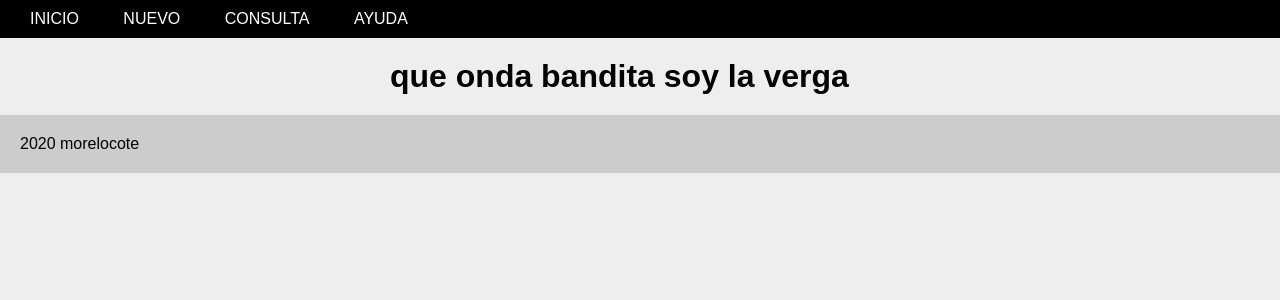
Repository: edgarhdzp/crud-php-poo-mvc-ajax
Page: http://localhost/poomvc/main
An editor plug-in stored every save of this project. The page is shown before and after the next save, followed by the edit.
The browser window is 1280 px wide. The pictures show the whole page.
The page is run by PHP 8.4 with error messages shown; the project is at /var/www/html/.

Above is the page before, as saved 2020-06-23 13:27:26.

### index.php
<?php

require_once 'libs/controller.php';
require_once 'libs/model.php';
require_once 'libs/view.php';
require_once 'libs/app.php';
require_once 'libs/database.php';
require_once 'config/config.php';

$new = new App();

?>

### libs/controller.php
<?php
//clase padre
class Controller{
    function __construct(){
        //indicamos que se cree una nueva vista para un controlador
        $this->view = new View();

    }

    function loadModel($model){
        $url = 'models/'.$model.'model.php';

        if(file_exists($url)){
            require $url;

            $modelName =$model.'Model';
            $this->model = new $modelName();
        }
    }
}

?>

### libs/model.php
<?php

class Model{
    function __construct(){
        $this->db = new Database();

    }
}

?>

### libs/view.php
<?php
//vista madre
class View{
    function __construct(){
    }
    //esta funcion hace el redireccionamiento
    function render($nombre){
        //indicamos la ubicacion y nombre del archivo
        require 'views/' . $nombre . '.php';
    }
}

?>

### libs/app.php
<?php

//archivo de error
require_once 'controllers/error.php';

class App{
    function __construct(){
        //la varible urlsera igual a la url que declaramos en htaccess y en acces es todo el valor que ingrese
        $url = $_GET['url'];
        //aqui con xtrim retiramos los / que no necesitamos en la url
        $url = rtrim($url, '/');
        //buscamos nuestro separador / esto nos devuelve un arreglo
        $url = explode('/', $url);
        //validamos si despues denuestro primer / no hay nada entonces que nos redireccione a main
        if(empty($url[0])){
            $archivoController = 'controllers/main.php';
            require_once $archivoController;
            $controller = new Main();
            $controller->loadModel('main');

            return false;
        }
        //declaramos nuestra variable que sera igual a la ubicacion de controlador y url es igual a la clase
        $archivoController = 'controllers/' . $url[0] . '.php';
        //verificmos que el archivo exista
        if(file_exists($archivoController)){
            require_once $archivoController;
            //mandamos llamar nuestra clase que de acuerdo al arreglo sera la posicion 0
            $controller = new $url[0];
            $controller->loadModel($url[0]);
            //ahora validamos si nuestra clase viene con algun metodo
            if(isset($url[1])){
                //aqui mandamos llamar dicho metodo el texto que se ingrese manda a llamar dicho metodo
                $controller->{$url[1]}();
            }
            }else{
                $controller = new Fail();
                //si no existe se ejecutara el controlador error
            }
        }
    }

?>

### controllers/error.php
<?php

class Fail extends Controller{
    function __construct(){
        parent::__construct();
        $this->view->mensaje ="valio verga no estas viendo";
        $this->view->render('error/index');
    }
}

?>

### libs/database.php
<?php

class Database{
    private $host;
    private $db;
    private $user;
    private $password;
    private $charset;

    public function __construct(){
        $this->host = constant('HOST');
        $this->db = constant('DB');
        $this->user = constant('USER');
        $this->password = constant('PASSWORD');
        $this->charset = constant('CHARSET');

    }
    function connect(){
        try{
            $conexion = "mysql:host=" . $this->host . ";dbname=" . $this->db . ";charset=" . $this->charset ;
            $options = [
                PDO::ATTR_ERRMODE  => PDO::ERRMODE_EXCEPTION,
                PDO::ATTR_EMULATE_PREPARES => false,
            ];
            $pdo = new PDO ($conexion, $this->user, $this->password, $options);
            return $pdo;
        }catch(PDOException $e){
            print_r('error no se conecto loco: ' . $e->getMessage());
        }
    }
}

?>

### config/config.php
<?php

define('URL', 'http://localhost:8888/poomvc/');

define('HOST','localhost');
define('DB','');
define('USER','root');
define('PASSWORD','root');
define('CHARSET','utf8mb4');


?>

### controllers/main.php
<?php

class Main extends Controller{

    function __construct(){
        parent::__construct();
        $this->view->render('main/index');
        // echo '<p>nuevo controlador main </p>';
    }
    function saludo(){
        echo 'que pedo puto';
    }
}

?>

### views/main/index.php
<!DOCTYPE html>
<html lang="en">
<head>
    <meta charset="UTF-8">
    <meta name="viewport" content="width=device-width, initial-scale=1.0">
    <title>Document</title>
</head>
<body>

<?php require 'views/header.php'; ?>

<div id="main">
<h1>que onda bandita soy la verga</h1>
</div>

<?php require 'views/footer.php'; ?>

</body>
</html>

### views/header.php
<!DOCTYPE html>
<html lang="en">
<head>
    <meta charset="UTF-8">
    <meta name="viewport" content="width=device-width, initial-scale=1.0">
    <link rel="stylesheet" href="<?php echo constant('URL');?>public/css/style.css">
    <title></title>
</head>
<body>
    <div id="header">
    <ul>
    <li><a href="<?php echo constant('URL');?>main">INICIO</a></li>
    <li><a href="<?php echo constant('URL');?>nuevo">NUEVO</a></li>
    <li><a href="<?php echo constant('URL');?>consulta">CONSULTA</a></li>
    <li><a href="<?php echo constant('URL');?>ayuda">AYUDA</a></li>
    </ul>
    </div>
</body>
</html>

### views/footer.php
<div id="footer">
2020 morelocote
</div>

### public/css/style.css
* {
    margin: 0;
    padding: 0;
}

body {
    font-family: Arial, Helvetica, sans-serif;
    background-color: #eee;
}

#header {
    background-color: black;
    padding: 10px;
}

#header ul li {
    list-style: none;
    display: inline;
    padding: 10px;
}

#header ul li a {
    color: white;
    text-decoration: none;
    padding: 10px;
}

#footer {
    background-color: #ccc;
    padding: 20px;
}

#main {
    padding: 20px 0;
    width: 500px;
    margin: 0 auto;
}

After the next save:
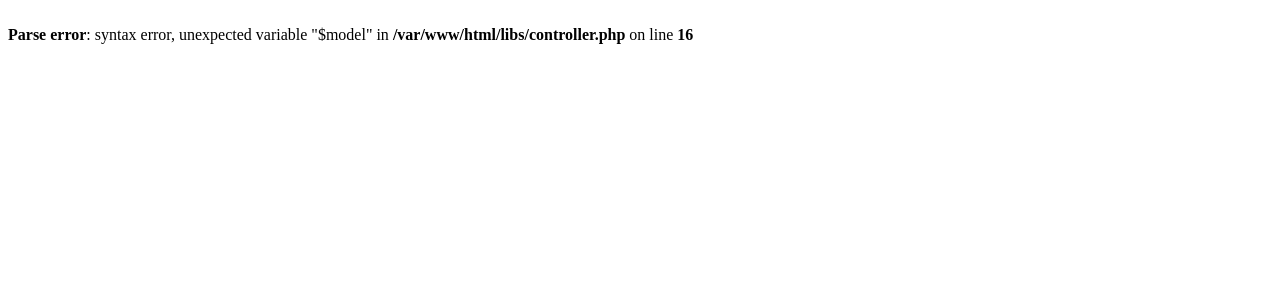
Saved 82 s later.
--- a/libs/controller.php
+++ b/libs/controller.php
@@ -13,7 +13,7 @@
         if(file_exists($url)){
             require $url;
 
-            $modelName =$model.'Model';
+            $modelName =n$model.'Model';
             $this->model = new $modelName();
         }
     }

After the save that followed:
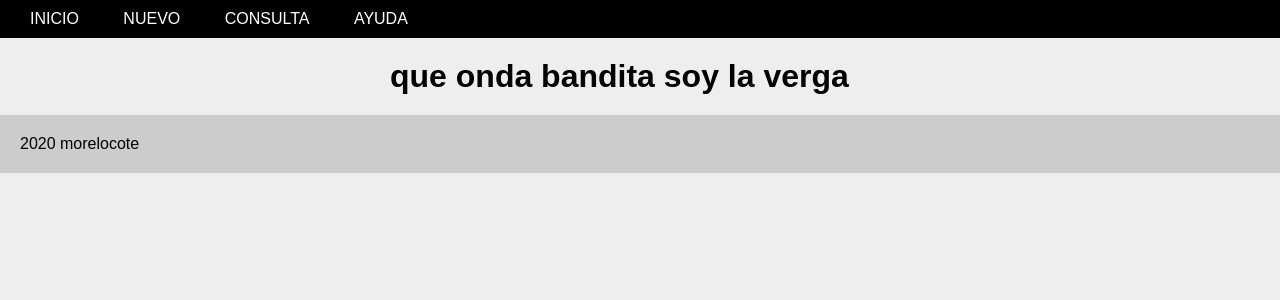
Saved 4 s later.
--- a/libs/controller.php
+++ b/libs/controller.php
@@ -13,7 +13,7 @@
         if(file_exists($url)){
             require $url;
 
-            $modelName =n$model.'Model';
+            $modelName = $model.'Model';
             $this->model = new $modelName();
         }
     }
